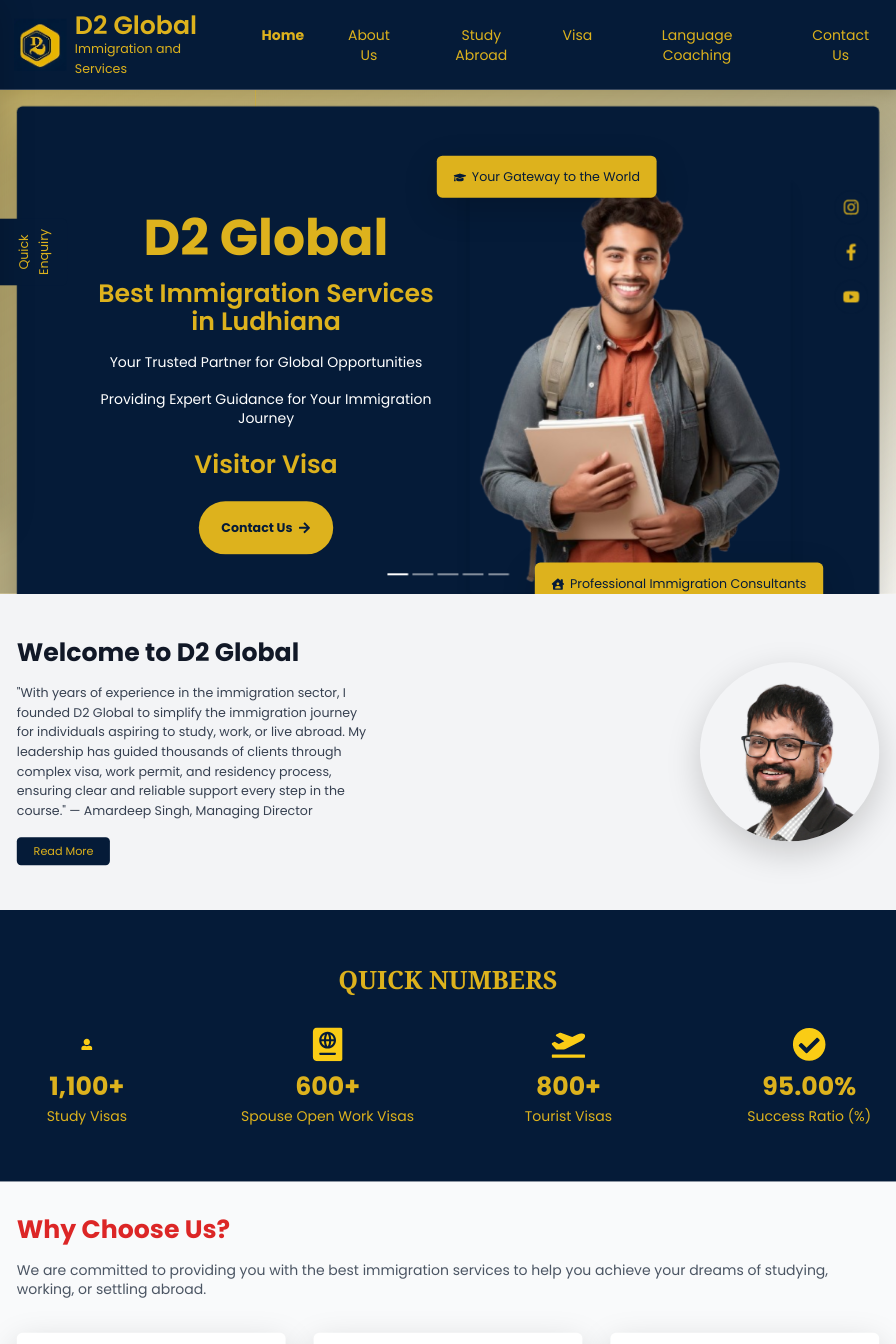
Repository: abhijeets54/d2globalbackup
Page: /
These files come from the project's save history. The page is drawn as it stood at one moment and after the next save; the edit follows.
The browser window is 1280 px wide. The pictures show the part of the page from y = 0 to 1920 px (the page is 6727 px tall), at 70% of full size.
The page's requests for data from a server got no answer. The project was rebuilt for these pictures with package versions that can differ from the ones it lists, and the page was loaded fresh each time. No one was signed in, and anything a server would have sent is missing. Also part of the build but not shown: vite.config.js, src/components/Button.jsx, src/components/PostCard.jsx, src/components/Input.jsx, src/components/PopupForm.jsx, src/components/Events.jsx, src/components/People.jsx, src/Newsletter/NewsletterComponent.jsx and 28 more. Imported but missing from the stored project, and not drawn on this page: src/components/Donate/RestoftheWorld.jsx, src/components/Donate/WithInIndia.jsx, src/components/JoinUs.jsx, src/components/Projects/Awareness.jsx, src/components/Projects/Education.jsx, src/components/Projects/HumanitarianAid.jsx, src/components/ThreePillars.jsx, src/pages/Donate.jsx and 2 more.

Above is the page before, as saved 2024-10-04 12:33:03.

After the next save:
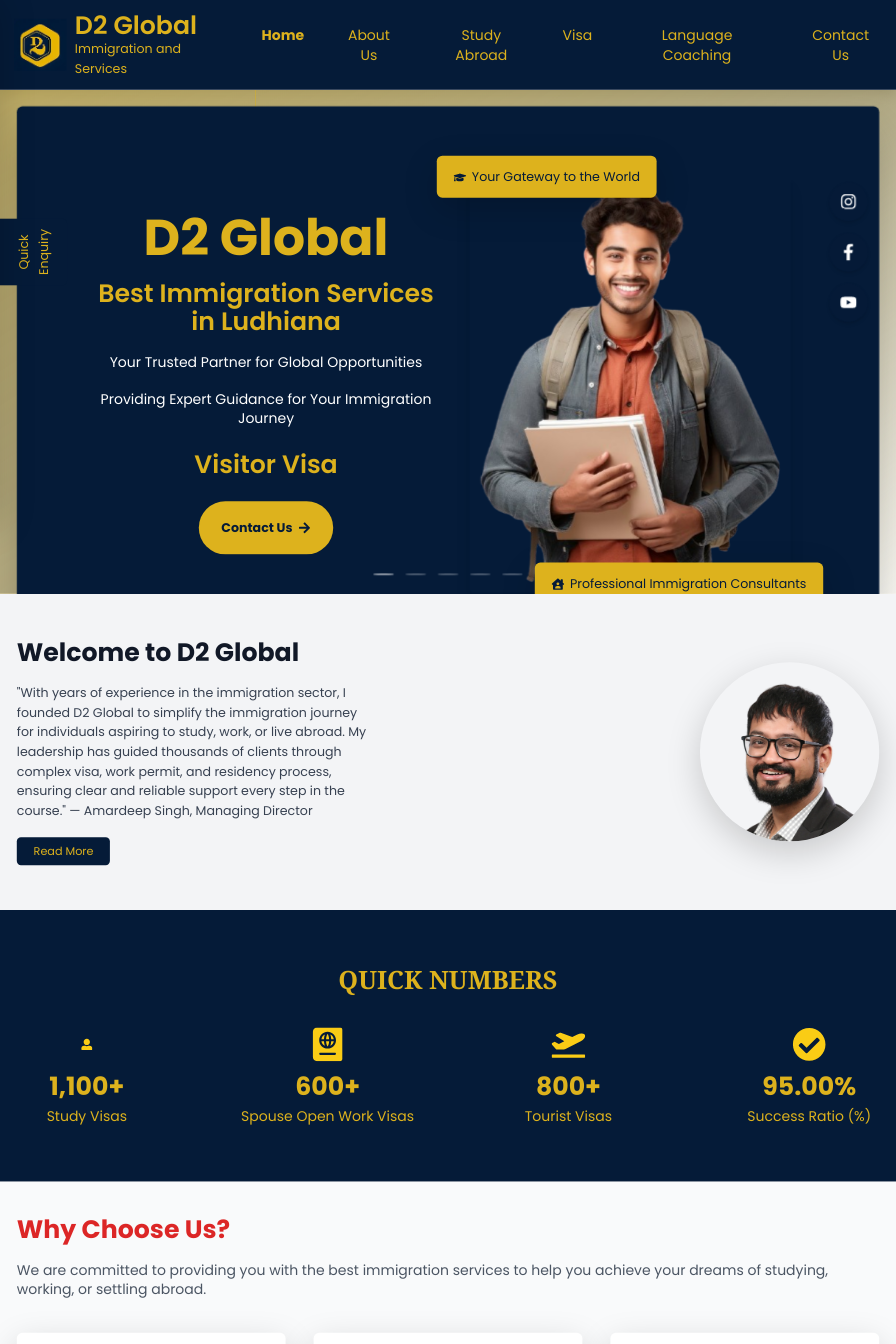
Saved 6 min 15 s later.
--- a/src/components/Collage.jsx
+++ b/src/components/Collage.jsx
@@ -57,7 +57,7 @@
               type="button"
               data-bs-target="#carouselExampleCaptions"
               data-bs-slide-to={index}
-              className={index === 0 ? 'active' : ''}
+              className={`${index === 0 ? 'active' : ''} w-3 h-3 rounded-full bg-white bg-opacity-50 mx-2 transition-all duration-300 hover:bg-opacity-100`}
               aria-current={index === 0 ? 'true' : 'false'}
               aria-label={`Slide ${index + 1}`}
             ></button>
@@ -81,21 +81,21 @@
                   className="d-block w-full h-full object-cover"
                   alt={slide.title}
                 />
-                <div className="absolute inset-0 bg-black bg-opacity-50 flex flex-col justify-center items-center">
+                <div className="absolute inset-0 bg-gradient-to-b from-black/70 to-black/30 flex flex-col justify-center items-center">
                   <motion.div
-                    className="text-center text-white px-4"
+                    className="text-center text-white px-4 max-w-3xl"
                     initial={{ opacity: 0, y: 50 }}
                     animate={{ opacity: 1, y: 0 }}
                     transition={{ duration: 0.5 }}
                   >
-                    <h5 className="text-4xl md:text-6xl font-bold mb-4">{slide.title}</h5>
-                    <p className="mb-6 text-xl md:text-2xl">{slide.description}</p>
+                    <h5 className="text-5xl md:text-7xl font-bold mb-6 text-customYellow">{slide.title}</h5>
+                    <p className="mb-8 text-xl md:text-3xl font-light">{slide.description}</p>
                     <button
-                      className="px-6 py-3 bg-customBlue text-customYellow rounded-full text-lg md:text-xl flex items-center justify-center mx-auto hover:bg-customYellow hover:text-customBlue transition-colors duration-300"
+                      className="px-8 py-4 bg-customBlue text-white rounded-full text-lg md:text-xl font-semibold flex items-center justify-center mx-auto hover:bg-customYellow hover:text-customBlue transition-all duration-300 shadow-lg hover:shadow-xl transform hover:-translate-y-1"
                       onClick={() => navigate(slide.link)}
                     >
                       {slide.buttonText}
-                      <FaArrowRight className="ml-2" />
+                      <FaArrowRight className="ml-3" />
                     </button>
                   </motion.div>
                 </div>
@@ -114,7 +114,7 @@
         ].map((social, index) => (
           <motion.button
             key={index}
-            className="w-12 h-12 flex items-center justify-center rounded-full bg-customBlue hover:bg-white text-customYellow hover:text-customBlue transition-colors duration-300"
+            className="w-14 h-14 flex items-center justify-center rounded-full bg-customBlue/80 hover:bg-white text-white hover:text-customBlue transition-all duration-300 shadow-md hover:shadow-lg"
             onClick={() => handleSocialClick(social.url)}
             whileHover={{ scale: 1.1 }}
             whileTap={{ scale: 0.9 }}
